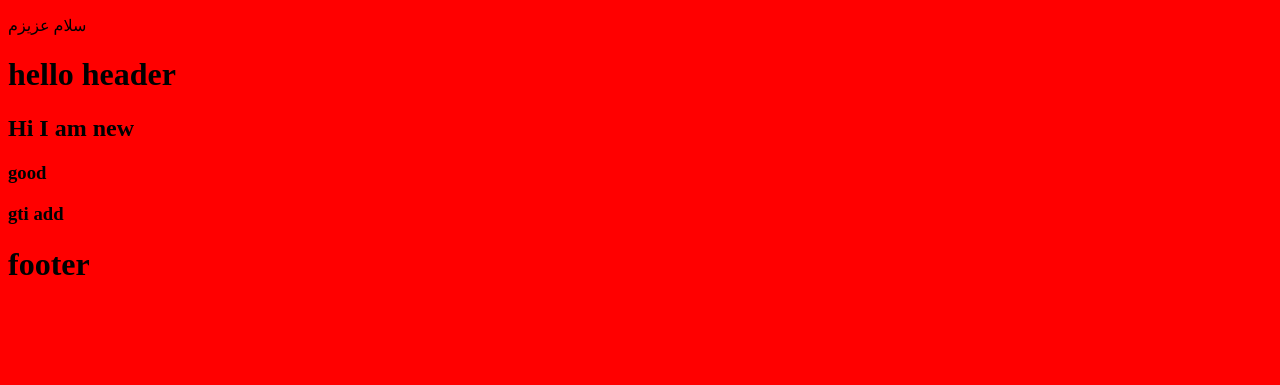
Repository: Rohullah-Noori/shop
Page: index.html
These files come from the project's save history. The page is drawn as it stood at one moment and after the next save; the edit follows.
The browser window is 1280 px wide. The pictures show the whole page.

Above is the page before, as saved 2025-03-06 15:45:38.

### index.html
<!DOCTYPE html>
<html lang="en">
  <head>
    <meta charset="UTF-8" />
    <meta name="viewport" content="width=device-width, initial-scale=1.0" />
    <title>Document</title>
    <style>
      body {
        background-color: red;
      }
    </style>
  </head>
  <body>
    <p>سلام عزیزم</p>
    <h1>hello header</h1>
    <h2>Hi I am new</h2>
    <h3>good</h3>
    <h3>gti add</h3>
  </body>
  <footer>
    <h1>footer</h1>
  </footer>
</html>

After the next save:
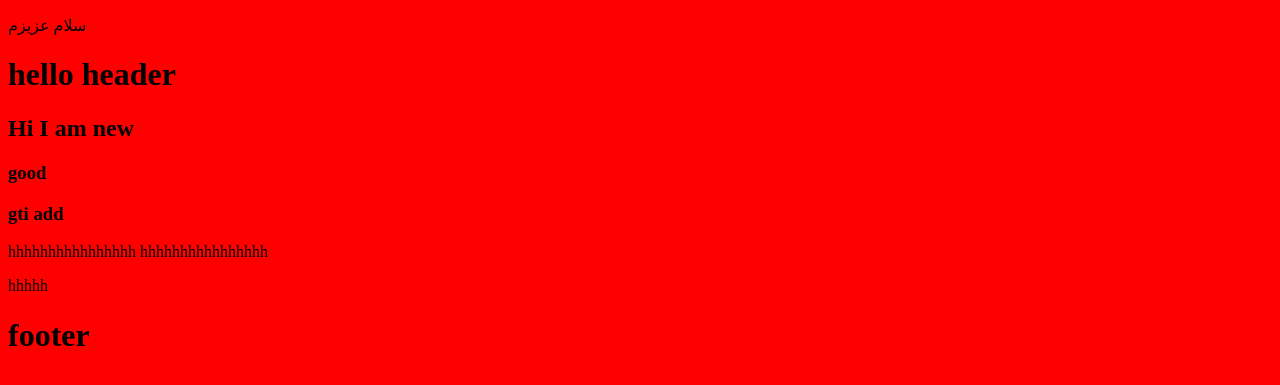
Saved 59 s later.
--- a/index.html
+++ b/index.html
@@ -16,6 +16,8 @@
     <h2>Hi I am new</h2>
     <h3>good</h3>
     <h3>gti add</h3>
+    hhhhhhhhhhhhhhhh hhhhhhhhhhhhhhhh
+    <p>hhhhh</p>
   </body>
   <footer>
     <h1>footer</h1>
